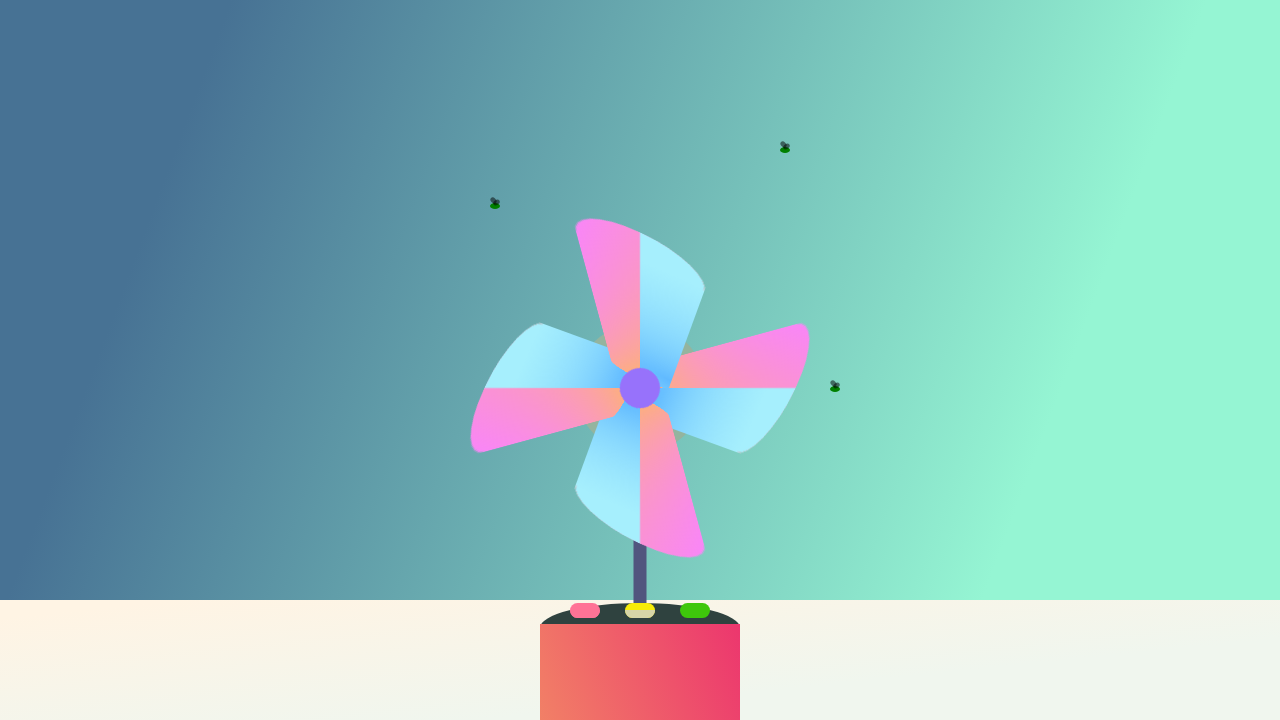
Repository: VuTuanAnh0949/CodeFan
Page: index.html
The author's editor kept a copy of each file at every save. The page is drawn from the files as they stood at one save, then again after the next save.
The browser window is 1280 px wide. The pictures show the whole page.

Above is the page before, as saved 2022-06-22 12:35:46.

### index.html
<!DOCTYPE html>
<html lang="en">
<head>
    <meta charset="UTF-8">
    <meta http-equiv="X-UA-Compatible" content="IE=edge">
    <meta name="viewport" content="width=device-width, initial-scale=1.0">
    <title>Document</title>
    <link rel="stylesheet" href="style.css">
</head>
<body>
    <audio width="20px" height="30px">
        <source src="./ChillTikTok.mp3" type="audio/mpeg">
        <!-- <audio src="./ChillTikTok.mp3" type="audio/mpeg"> -->

    </audio>
    <div class="windows">
        <div class="window"></div>

    </div>
    <div class="fan">
        <div class="fan__root"> <span class="top"> <label class="green" for="engine"></label> <label class="yellow"
                    for="engine2"></label> <label class="pink" for="jack"></label> </span> <span class="bottom"></span>
        </div>
        <div class="fan__staddle"></div> <input type="checkbox" id="jack" hidden />
        <div class="head">
            <div class="fan__engine"> <span class="center"></span> </div> <input type="checkbox" id="engine" hidden
                checked />
            <div> <span class="fly"></span> <span class="fly"></span> <span class="fly"></span>
                <div class="fan__blades"> <input type="checkbox" id="engine2" hidden checked />
                    <div class="fan__blades">
                        <div class="center"></div>
                        <div class="blade"><span></span></div>
                        <div class="blade"><span></span></div>
                        <div class="blade"><span></span></div>
                        <div class="blade"><span></span></div>
                    </div>
                </div>
            </div>
        </div>
    </div>

</body>
</html>

### style.css
html {
    overflow: hidden;
}

body {
    overflow: hidden;
    margin: 0;
    padding: 0;
    background-image: linear-gradient( 110.5deg,  rgba(71,114,148,1) 14.9%, rgba(149,245,211,1) 77.9% );
    display: flex;
    justify-content: center;
    align-items: center;
    width: 100vw;
    height: 100vh;
    position: relative;
}

body::after {
    position: absolute;
    width: 100%;
    content: "";
    height: calc(100% - 600px);
    z-index: 0;
    background-image: linear-gradient( 174.2deg,  rgba(255,244,228,1) 7.1%, rgba(240,246,238,1) 67.4% );
    bottom: 0;
}
#fantitle{
    display: flex;
    justify-content: start;
    align-items: flex-end;
    top: 5px;
}
@keyframes spin {
    from {
        transform: rotate(0deg);
    }

    to {
        transform: rotate(360deg);
    }
}

@keyframes off {
    to {
        transform: rotate(380deg);
    }
}

@keyframes off2 {
    to {
        transform: rotate(880deg);
    }
}

@keyframes fly {
    to {
        margin-top: 50px;
    }
}

span {
    display: block;
}

.windows {
    width: 100vw;
    height: 100vh;
    position: absolute;
    z-index: 0;
    top: 0;
    left: 0;
    display: flex;
    align-content: flex-start;
}


.fly {
    transition: 0.5s all cubic-bezier(0.04, 0.06, 0, 1.18), 1s transform;
    width: 10px;
    height: 6px;
    background: green;
    border-radius: 50%;
    position: absolute;
    animation: fly 5s alternate infinite ease-in-out;
}

.fly:nth-of-type(1) {
    top: -78px;
    left: -200px;
}

.fly:nth-of-type(2) {
    transform: translateY(-10px);
    animation-delay: 4s;
    top: 5px;
    right: -250px;
}

.fly:nth-of-type(3) {
    transform: translateY(0px);
    top: 400px;
    animation-delay: 2s;
    right: -400px;
}

.fly::after,
.fly::before {
    content: "";
    position: absolute;
    width: 7px;
    height: 5px;
    background-color: rgba(0, 0, 0, 0.5);
    display: block;
    border-radius: 50%;
}

.fly::before {
    bottom: 4px;
    transform: rotate(325deg);
    left: 3px;
}

.fly::after {
    transform: rotate(45deg);
    bottom: 6px;
}

.fan {
    width: 500px;
    height: 500px;
    position: relative;
    z-index: 1;
    margin-top: 75px;
    perspective: 500px;
}

.fan::after {
    content: "";
    display: block;
    position: absolute;
    height: 500px;
    width: 200px;
    background-image: linear-gradient( 68.3deg,  rgba(245,177,97,1) 0.4%, rgba(236,54,110,1) 100.2% );
    top: calc(100% - 24px);
    left: calc(50% - 100px);

}

.fan__root {
    width: 200px;
    position: absolute;
    bottom: 0;
    left: 50%;
    transform: translateX(-50%);
}

.fan__root .top {
    overflow: hidden;
    width: 200px;
    height: 25px;
    position: relative;
}

.fan__root .top::after {
    content: "";
    display: block;
    width: 200px;
    height: 50px;
    background: #2f423f;
    border-radius: 50%;
}

.fan__root .top .green {
    position: absolute;
    width: 30px;
    height: 15px;
    border-radius: 15px;
    display: block;
    right: 30px;
    background: #3EC70B;
    cursor: pointer;
    overflow: hidden;
}

.fan__root .top .yellow {
    position: absolute;
    width: 30px;
    height: 15px;
    border-radius: 15px;
    display: block;
    right: 85px;
    background: #F7EC09;
    cursor: pointer;
    overflow: hidden;
}

.fan__root .top .yellow::after {
    content: "";
    display: block;
    width: 100%;
    height: 50%;
    position: absolute;
    bottom: 0;
    background: #F7EC09;
}

.fan__root .top .yellow::after {
    content: "";
    display: block;
    width: 100%;
    height: 50%;
    position: #F7EC09;
    bottom: 0;
    background: #D6D5A8;
}

.fan__root .top .pink {
    position: absolute;
    cursor: pointer;
    width: 30px;
    height: 15px;
    border-radius: 15px;
    display: block;
    left: 30px;
    background: #FF7396;
    overflow: hidden;
}

.fan__root .top .pink::after {
    content: "";
    display: block;
    width: 100%;
    height: 50%;
    position: absolute;
    bottom: 0;
    background: #FF7396;
}

.fan__root .bottom {
    overflow: hidden;
    width: 500px;
    height: 20px;
}

.fan__root .bottom::after {
    content: "";
    display: block;
    width: 200px;
    height: 40px;
    background: #2f423f;
    border-radius: 18%;
    transform: translateY(-30px);
}

.fan__staddle {
    position: absolute;
    bottom: 45px;
    background: #51557E;
    height: 270px;
    width: 13px;
    left: 50%;
    transform: translateX(-50%);
}

.fan__engine {
    position: absolute;
    bottom: 0px;
    width: 130px;
    height: 130px;
    background: #94B49F;
    border-radius: 50%;
    left: 50%;
    transform: translateX(-50%);
}

.fan__engine::after {
    content: "";
    background: red;
    display: block;
    width: 25px;
    height: 50px;
    position: absolute;
    top: 105px;
    left: 50%;
    transform: translateX(-50%);
    border-radius: 0 0 5px 5px;
}

.fan__blades {
    width: 230px;
    height: 230px;
    position: absolute;
    bottom: -50px;
    transition: 2s;
    transform-origin: center center;
    left: calc(50% - 115px);
    z-index: 1;
    animation: spin infinite 0.38s linear forwards;
}

.fan__blades .fan__blades {
    bottom: 0;
    animation: spin infinite 0.5s linear forwards;
}

.fan__blades .blade {
    position: absolute;
    width: 80px;
    height: 100%;
    left: 50%;
    transform: translateX(-50%) skewY(25deg);
    perspective: 500px;
    transform-style: preserve-3d;
}

.fan__blades .blade:nth-child(2) {
    transform: translateX(-50%) rotate(90deg) skewY(25deg);
}

.fan__blades .blade:nth-child(3) {
    transform: translateX(-50%) rotate(180deg) skewY(25deg);
}

.fan__blades .blade:nth-child(4) {
    transform: translateX(-50%) rotate(270deg) skewY(25deg);
}

.fan__blades .blade span {
    width: 100%;
    height: 200%;
    border-radius: 44px;
    background-image: linear-gradient( 102.4deg,  rgba(253,189,85,1) 7.8%, rgba(249,131,255,1) 100.3% );;
    position: absolute;
    top: -66px;
    display: block;
    transform-style: preserve-3d;
    transform: rotateX(81deg);
    overflow: hidden;
}

.fan__blades .blade span::after {
    width: 50%;
    height: 100%;
    content: "";
    display: block;
    background-image: radial-gradient( circle farthest-corner at 10% 20%,  rgba(97,186,255,1) 0%, rgba(166,239,253,1) 90.1% );
    transform: rotate(0deg);
}

.fan__blades .center {
    position: absolute;
    overflow: hidden;
    width: 40px;
    height: 40px;
    border-radius: 50%;
    left: 50%;
    top: 50%;
    transform: translate(-50%, -50%) rotate(45deg);
    background: #9772FB;
    z-index: 2;
}

.fan__blades .center::after {
    display: block;
    content: "";
    width: 40px;
    height: 20px;
    background: #9772FB;
}

.head {
    transition: 1s transform;
    height: auto;
    width: auto;
    position: absolute;
    width: 300px;
    height: 300px;
    bottom: 195px;
    left: calc(50% - 150px);
    /* transform: translateX(-50%); */
}

#engine:checked+div>div {
    animation: off2 1s ease-out forwards;
}

#engine:checked+div>span:nth-child(1) {
    transition: 5s all ease-in-out, 1s transform;
    left: 0px;
    top: 0px;
}

#engine:checked+div>span:nth-child(2) {
    transition: 5s all ease-in-out, 1s transform;
    right: 0px;
    top: 0px;
}

#engine:checked+div>span:nth-child(3) {
    transition: 7s all ease-in-out, 1s transform;
    right: -50px;
    top: 200px;
}

#engine2:checked+div {
    animation: off 1s ease-out forwards;
}

#jack:checked+div {
    transform: translateY(-115px);
}

#jack:checked+div>div:nth-child(3)>span {
    transform: translateY(115px);
}

After the next save:
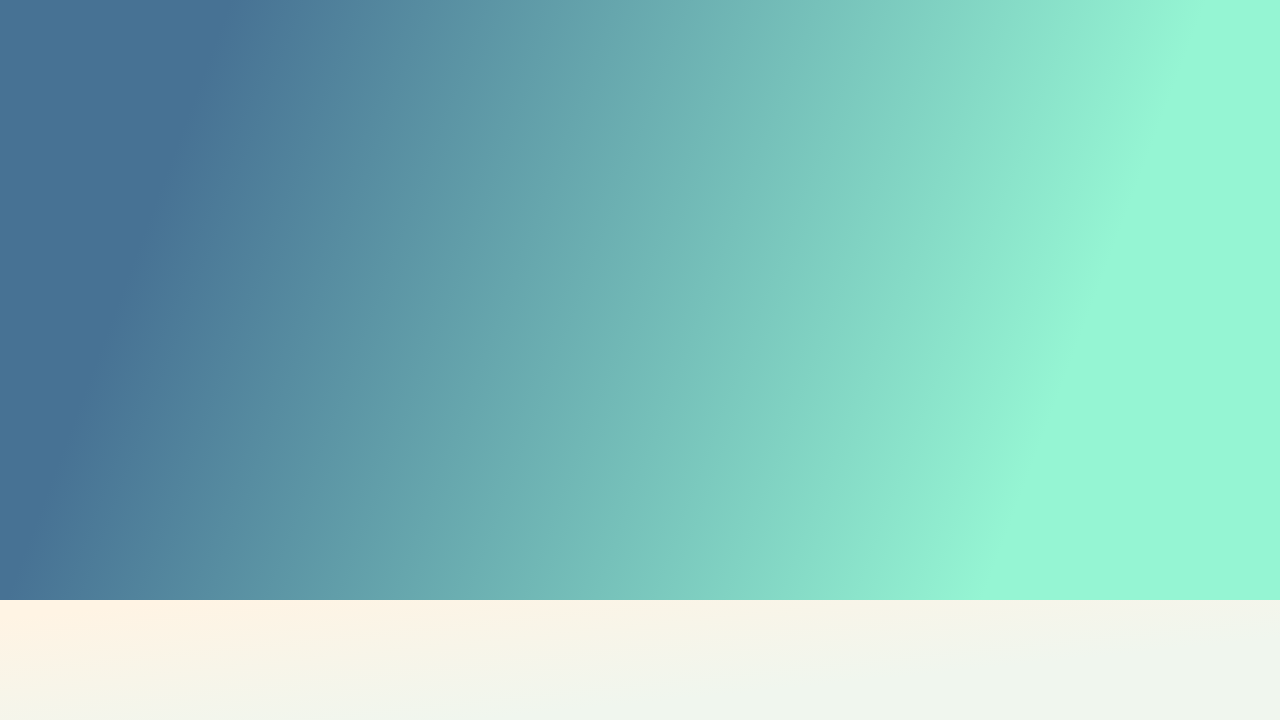
Saved 38 s later.
--- a/index.html
+++ b/index.html
@@ -10,7 +10,7 @@
 <body>
     <audio width="20px" height="30px">
         <source src="./ChillTikTok.mp3" type="audio/mpeg">
-        <!-- <audio src="./ChillTikTok.mp3" type="audio/mpeg"> -->
+        <audio src="./ChillTikTok.mp3" type="audio/mpeg">
 
     </audio>
     <div class="windows">
